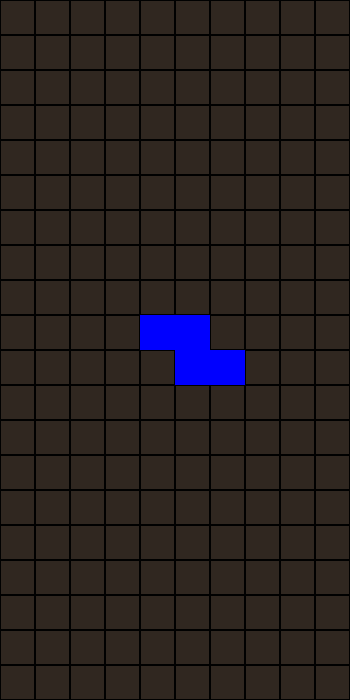
Repository: lucacdev/Tetris
Script's output: python main.py
An editor plug-in stored every save of this project. The script's output is shown before and after the next save, followed by the edit.
The window is shown after at most 60 frames with no key pressed. Random numbers start from a fixed seed.

Above is the script's output before, as saved 2024-02-29 18:40:17.

After the next save:
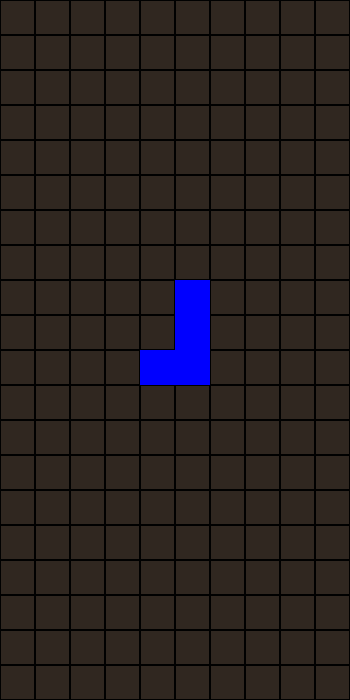
Saved 41 s later.
--- a/tetromino.py
+++ b/tetromino.py
@@ -16,7 +16,7 @@
 class Tetromino:
     def __init__(self, tetris):
         self.tetris = tetris
-        self.shape = 'Z'
+        self.shape = random.choice(list(TETROMINOES.keys()))
         self.blocks = [Block(self, pos) for pos in TETROMINOES[self.shape]]
 
     def update(self):
